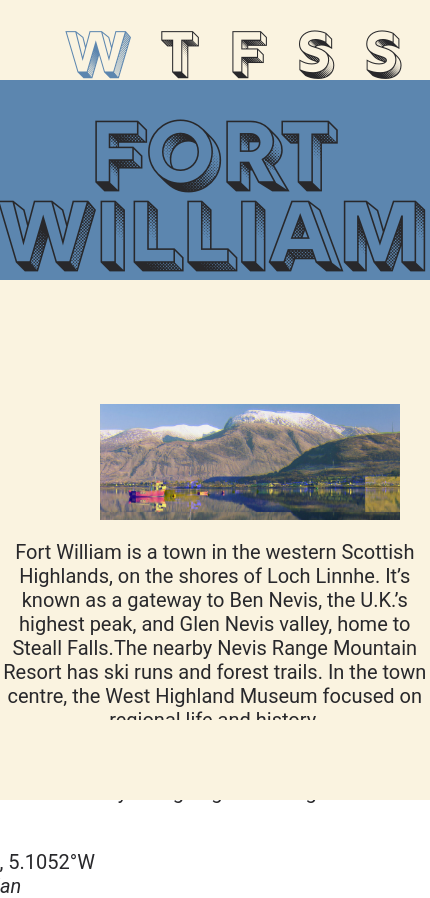
Repository: etak-yram/FINAL-CFG-WEB-DEV
Page: wednesday.html
The author's editor kept a copy of each file at every save. The page is drawn from the files as they stood at one save, then again after the next save.
The browser window is 375 px wide. The page is 430 px wide, so the pictures cover 430 px, including what lies to the right of the window. The pictures show the whole page.

Above is the page before, as saved 2022-07-27 12:47:00.

### wednesday.html
<!DOCTYPE html>
<html lang="en">

<style>
    #menu-item-wed {
    color: #5c86af;
}

    #aside-color-w {
    background-color: #5c86af;
}

    #aside-text-wed {
        font-size: 6em;
    }

    #aside-text-wed {
        font-size: 6em;
    }
</style>

<head>
    <meta charset="UTF-8">
    <meta http-equiv="X-UA-Compatible" content="IE=edge">
    <meta name="viewport" content="width=device-width, initial-scale=1.0">
    <link rel="stylesheet" type="text/css" href="style-main.css"/>

    <title>WED</title>
</head>
<body>
        <aside id="aside-color-w">
            <div class="aside-text-h" id="aside-text-wed">
                <h1>Fort<br>William</h1>
            </div>
        </aside>

        <subtext>
            <p class="sub-text">56.8198° N, 5.1052°W<br><em>An Gearasdan</em></p>
        </subtext>

        <header>
            <ul class="navbar">
                <li><a href="/wednesday.html" id="menu-item-wed" class="menu-item">Wed</a></li>
                <li><a href="/thursday.html" id="menu-item-thu" class="menu-item">Thu</a></li>
                <li><a href="/friday.html" id="menu-item-fri" class="menu-item">Fri</a></li>
                <li><a href="/saturday.html" id="menu-item-sat" class="menu-item">Sat</a></li>
                <li><a href="/sunday.html" id="menu-item-sun" class="menu-item">Sun</a></li>
            </ul>
        </header>



        <mobile-header>
            <ul class="mobile-navbar">
                <li><a href="/wednesday.html" id="menu-item-wed" class="menu-item">W</a></li>
                <li><a href="/thursday.html" id="menu-item-thu" class="menu-item">T</a></li>
                <li><a href="/friday.html" id="menu-item-fri" class="menu-item">F</a></li>
                <li><a href="/saturday.html" id="menu-item-sat" class="menu-item">S</a></li>
                <li><a href="/sunday.html" id="menu-item-sun" class="menu-item">S</a></li>
            </ul>
        </mobile-header>



        <main-img>
            <div>
                <img class="home-image" src="/images/Fort William.png">
            </div>
        </main-img>

        <main><p>Fort William is a town in the western Scottish Highlands, on the shores of Loch Linnhe. It’s known as a gateway to Ben Nevis, the U.K.’s highest peak, and Glen Nevis valley, home to Steall Falls.The nearby Nevis Range Mountain Resort has ski runs and forest trails. In the town centre, the West Highland Museum focused on regional life and history.<br><br>
        We will travel through the stunning Glencoe on the way - It's going to be magical ♡</p></main>

        <footer></footer>

        <rightside></rightside>

</html>

### style-main.css
@font-face {
  font-family: halftone;
  src: url("/fonts/MyFontsWebfontsKit/webFonts/RigBoldHalftone/font.woff");
}
@import url('https://fonts.googleapis.com/css2?family=Roboto:wght@100&display=swap');
/* font-family: 'Roboto', sans-serif; */

body, html {
  height: 100vh;
}


body {
  margin: 0;
  display: grid;
  grid-template-columns: 21% 15% 20% 30% 21% ;
  grid-template-rows: 10% auto auto 10%;
  grid-template-areas:
    "sidebar subtext header header aside"
    "sidebar subtext main-img main-img aside"
    "sidebar subtext main main aside"
    "sidebar footer footer footer aside";
}


/* right sidebar */

rightside {
  grid-area: aside;
  background-color:#faf3e0;
}

/* sidebar */
aside {
  grid-area: sidebar;
}

.aside-text-h {
  transform: rotate(-90deg);
  transform-origin:bottom right;
  padding-top: 100px;
}

.aside-text-h h1 {
  font-family: halftone;
  color: #28282B;
  line-height: 130px;
}

/* subtext */

subtext {
  grid-area: subtext;
  background-color:#faf3e0;
}

.sub-text {
  font-family: 'Roboto', sans-serif;
  color:#28282B;
  font-size: 25px;
  transform: rotate(-90deg);
  transform-origin:bottom;
  padding-top: 550px;
  margin-left: -100px;
}


/* navbar */



header {
  grid-area: header;
  background-color:#faf3e0;
}


.navbar {
  display: flex;
  list-style: none;
  justify-content: center;
  justify-items: center;

}

.navbar a {
  font-family: halftone;
  text-decoration: none;
  color: #28282B;
  font-size: 4rem;
  padding: 20px;
}

#menu-item-wed:hover {
	color: #5c86af;
}
#menu-item-thu:hover {
	color: #ff914d;
}
#menu-item-fri:hover {
	color: #ffde59;
}
#menu-item-sat:hover {
	color: #03989e;
}
#menu-item-sun:hover {
	color: #b071c2;
}

/* main image  */

main-img {
  grid-area: main-img;
  background-color:#faf3e0;
  display: flex;
  align-items: center;
  padding-left: 100px;
  padding-top: 100px;
}

.home-image {
  width: 800px;
}


/* paragraph of info */
main {
  grid-area: main;
  background-color: #faf3e0;
  text-align: center;
}

main p {
  font-family: 'Roboto', sans-serif;
  color:#28282B;
  font-size: 20px;
}


/* footer */
footer {
  grid-area: footer;
  background-color:#faf3e0;
}





























/* Media Queries */

/* Extra small devices (phones, 600px and down) */
@media only screen and (max-width: 600px) {

  body {
    margin: 0;
    display: grid;
    grid-template-columns: 1fr;
    grid-template-rows: 10% 25% 10% 20% 25% 10%;
    grid-template-areas:
      "header"
      "sidebar"
      "subtext"
      "main-img"
      "main"
      "footer";
  }

  header {
    display: none;
    padding: none;
  }

  mobile-header {
    grid-area: header;
    background-color:#faf3e0;
  }


  .mobile-navbar {
    display: flex;
    list-style: none;
    justify-content: center;
    justify-items: center;

  }

  .mobile-navbar a {
    font-family: halftone;
    text-decoration: none;
    color: #28282B;
    font-size: 4rem;
    padding: 15px;

  }


/* sidebar */
aside {
  grid-area: sidebar;
  display: flex;
  justify-content: center;
  align-items: center;
  padding-bottom: 60px;
  text-align: center;
}


.aside-text-h h1 {
  font-family: halftone;
  color: #28282B;
  font-size: 1em;
  line-height: 80px;
}


.aside-text-h {
  transform: none;
  transform-origin: none;
}


/* subtext */

subtext {
  grid-area: subtext;
  background-color:#faf3e0;
}

.sub-text {
  font-family: 'Roboto', sans-serif;
  color:#28282B;
  font-size: 20px;
  transform: none;
}





/* main image  */

main-img {
  grid-area: main-img;
  background-color:#faf3e0;
  display: flex;
  align-items: center;
}

.home-image {
  width: 80vw;
}


/* paragraph of info */
main {
  grid-area: main;
  background-color: #faf3e0;
  text-align: center;
}

main p {
  font-family: 'Roboto', sans-serif;
  color:#28282B;
  font-size: 20px;
}


/* footer */
footer {
  grid-area: footer;
  background-color:#faf3e0;
}


  }

/* Small devices (portrait tablets and large phones, 600px and up) */
@media only screen and (min-width: 600px) {}
/* Medium devices (landscape tablets, 768px and up) */
@media only screen and (min-width: 768px) {}

/* Large devices (laptops/desktops, 992px and up) */
@media only screen and (min-width: 992px) {
  mobile-header {
    display: none;
  }
}

/* Extra large devices (large laptops and desktops, 1200px and up) */
@media only screen and (min-width: 1200px) {
  mobile-header {
    display: none;
  }
}

After the next save:
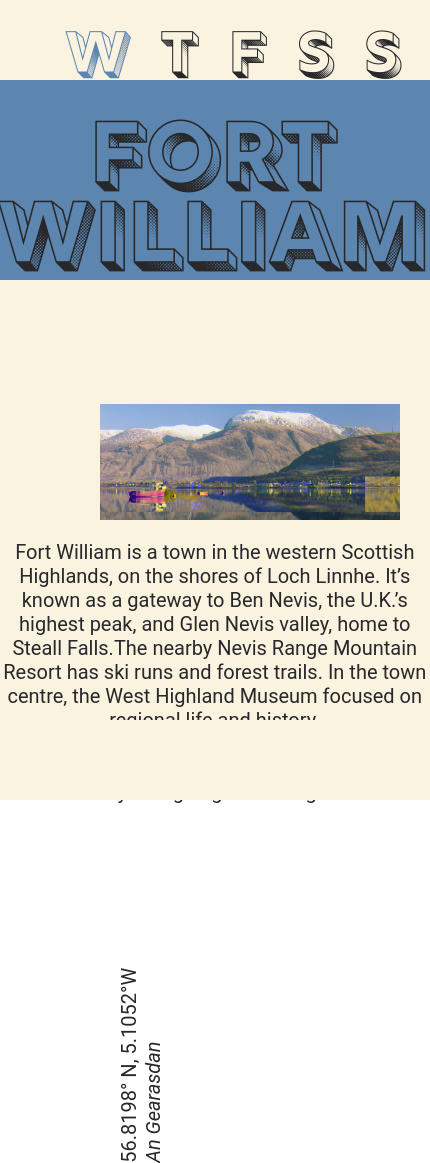
Saved 37 s later.
--- a/style-main.css
+++ b/style-main.css
@@ -255,7 +255,6 @@
   font-family: 'Roboto', sans-serif;
   color:#28282B;
   font-size: 20px;
-  transform: none;
 }
 
 

After the save that followed:
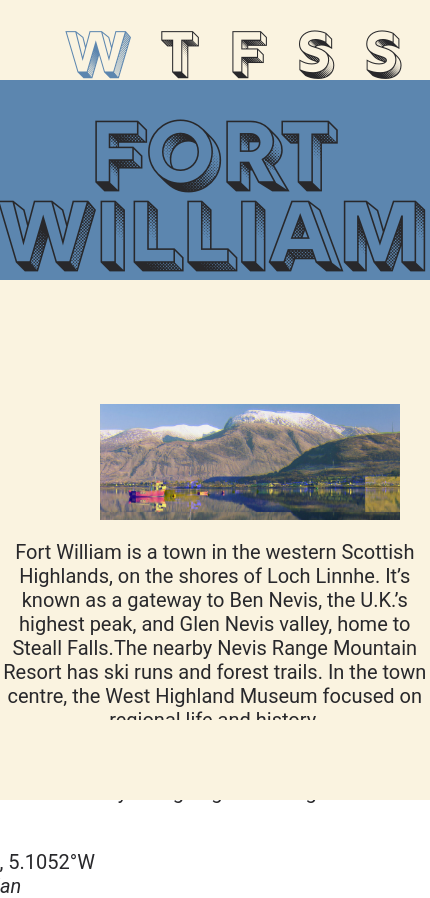
Saved 10 s later.
--- a/style-main.css
+++ b/style-main.css
@@ -255,6 +255,7 @@
   font-family: 'Roboto', sans-serif;
   color:#28282B;
   font-size: 20px;
+  transform: none;
 }
 
 
